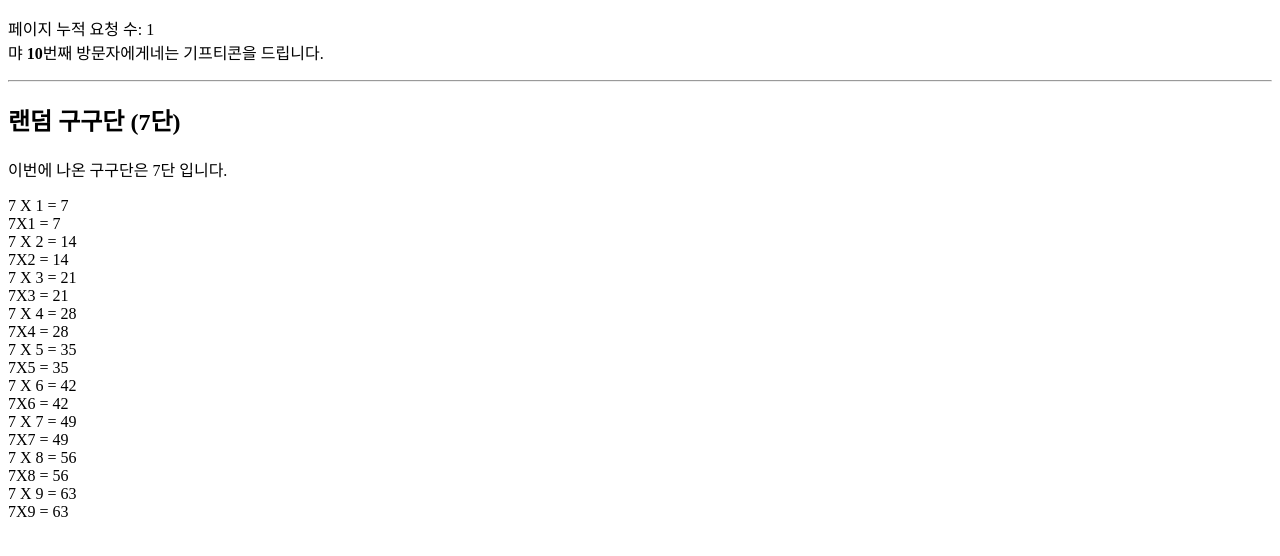
Repository: Kimhwawon/jsp_practice
Page: http://localhost/JSPBasic/JspTag/TagQ02.jsp
An editor plug-in stored every save of this project. The page is shown before and after the next save, followed by the edit.
The browser window is 1280 px wide. The pictures show the whole page.
The page is served by Tomcat 9.

Above is the page before, as saved 2022-02-03 00:55:22.

After the next save:
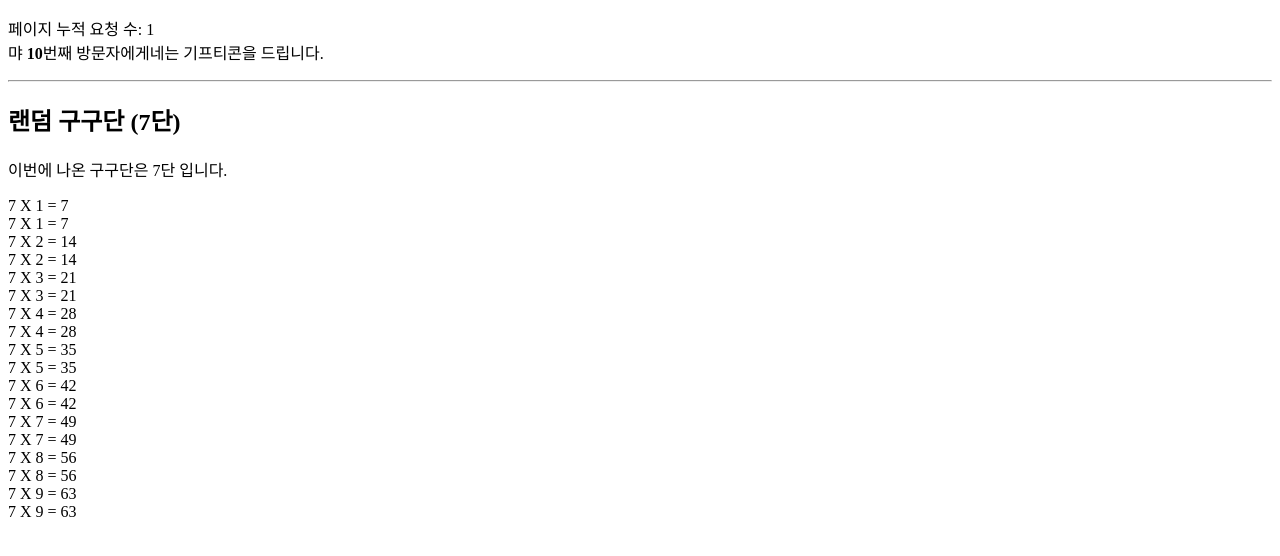
Saved 16 s later.
--- a/JSPBasic/src/main/webapp/JspTag/TagQ02.jsp
+++ b/JSPBasic/src/main/webapp/JspTag/TagQ02.jsp
@@ -28,7 +28,7 @@
 		<p>
 			<% for (int i =1; i<=9; i++) {  %>
 				<%= num %> X <%= i %> = <%=num * i %><br>
-				<% out.println(num + "X" + i + " = " + (num * i) + "<br/>"); %>
+				<% out.println(num + " X " + i + " = " + (num * i) + "<br/>"); %>
 				<% } %>
 		</p>
 </body>
